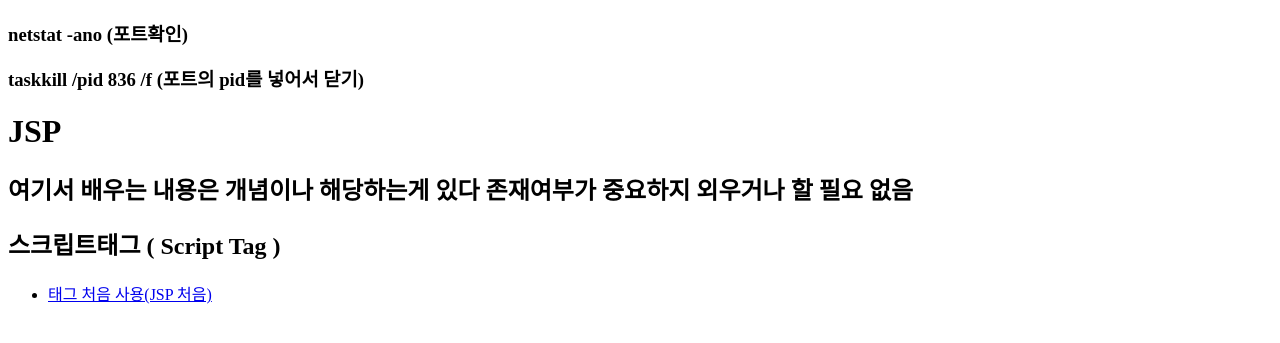
Repository: kvmhyvmvn/Study_JspServlet
Page: WorkSpace/03.Tag/src/main/webapp/index.html
An editor plug-in stored every save of this project. The page is shown before and after the next save, followed by the edit.
The browser window is 1280 px wide. The pictures show the whole page.

Above is the page before, as saved 2023-05-19 00:58:36.

### WorkSpace/03.Tag/src/main/webapp/index.html
<!DOCTYPE html>
<html>
<head>
<meta charset="UTF-8">
<title>Insert title here</title>
</head>
<body>
	<h3>netstat -ano (포트확인)</h3>
	<h3>taskkill /pid 836 /f (포트의 pid를 넣어서 닫기)</h3>

	<h1> JSP </h1>
	<h2>여기서 배우는 내용은 개념이나 해당하는게 있다 존재여부가 중요하지 외우거나 할 필요 없음</h2>
	<h2> 스크립트태그 ( Script Tag )</h2>

	<ul>
		<li><a href="01.Script/Ex00Into.jsp">태그 처음 사용(JSP 처음)</a></li>
	</ul>
</body>
</html>

After the next save:
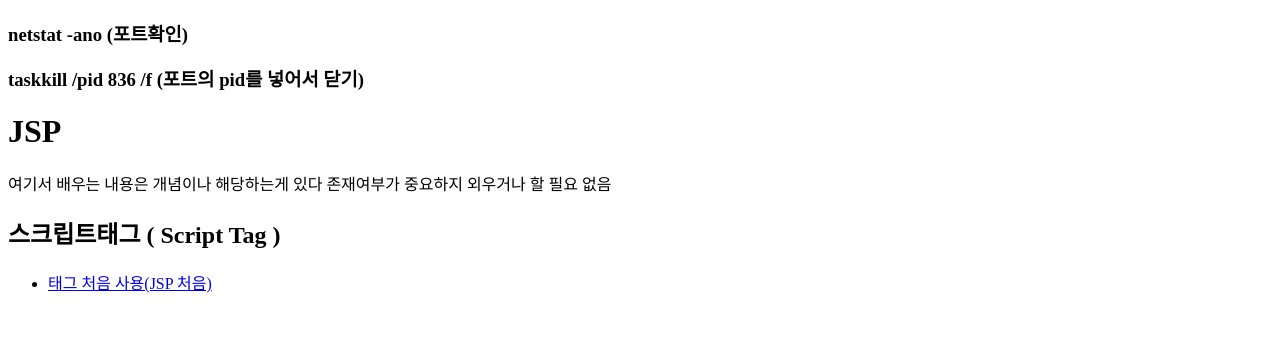
Saved 29 s later.
--- a/WorkSpace/03.Tag/src/main/webapp/index.html
+++ b/WorkSpace/03.Tag/src/main/webapp/index.html
@@ -9,7 +9,7 @@
 	<h3>taskkill /pid 836 /f (포트의 pid를 넣어서 닫기)</h3>
 
 	<h1> JSP </h1>
-	<h2>여기서 배우는 내용은 개념이나 해당하는게 있다 존재여부가 중요하지 외우거나 할 필요 없음</h2>
+	<p>여기서 배우는 내용은 개념이나 해당하는게 있다 존재여부가 중요하지 외우거나 할 필요 없음</p>
 	<h2> 스크립트태그 ( Script Tag )</h2>
 
 	<ul>
